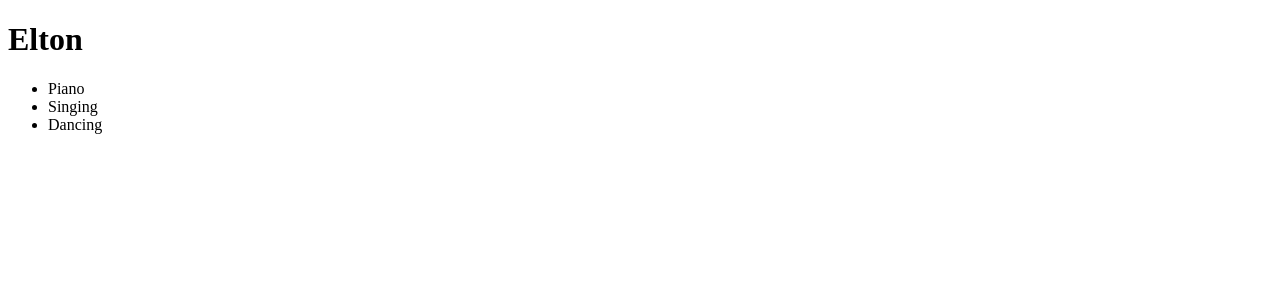
Repository: Zichi90123/ReactTraining
Page: 04_Create_React_App/fruit-exercise/ReactTraining/03_Props/03_Looping_JSX/index.html
An editor plug-in stored every save of this project. The page is shown before and after the next save, followed by the edit.
The browser window is 1280 px wide. The pictures show the whole page.

Above is the page before, as saved 2019-12-13 16:13:31.

After the next save:
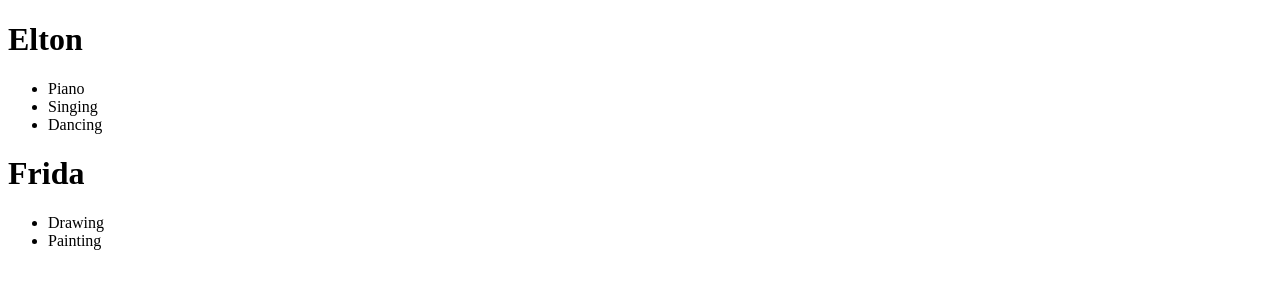
Saved 91 s later.
--- a/04_Create_React_App/fruit-exercise/ReactTraining/03_Props/03_Looping_JSX/index.js
+++ b/04_Create_React_App/fruit-exercise/ReactTraining/03_Props/03_Looping_JSX/index.js
@@ -6,6 +6,9 @@
         <Friend
         name="Elton"
         hobbies = {['Piano', 'Singing', 'Dancing']} />
+                <Friend
+        name="Frida"
+        hobbies = {['Drawing', 'Painting']} />
       </div>
     )
   }
